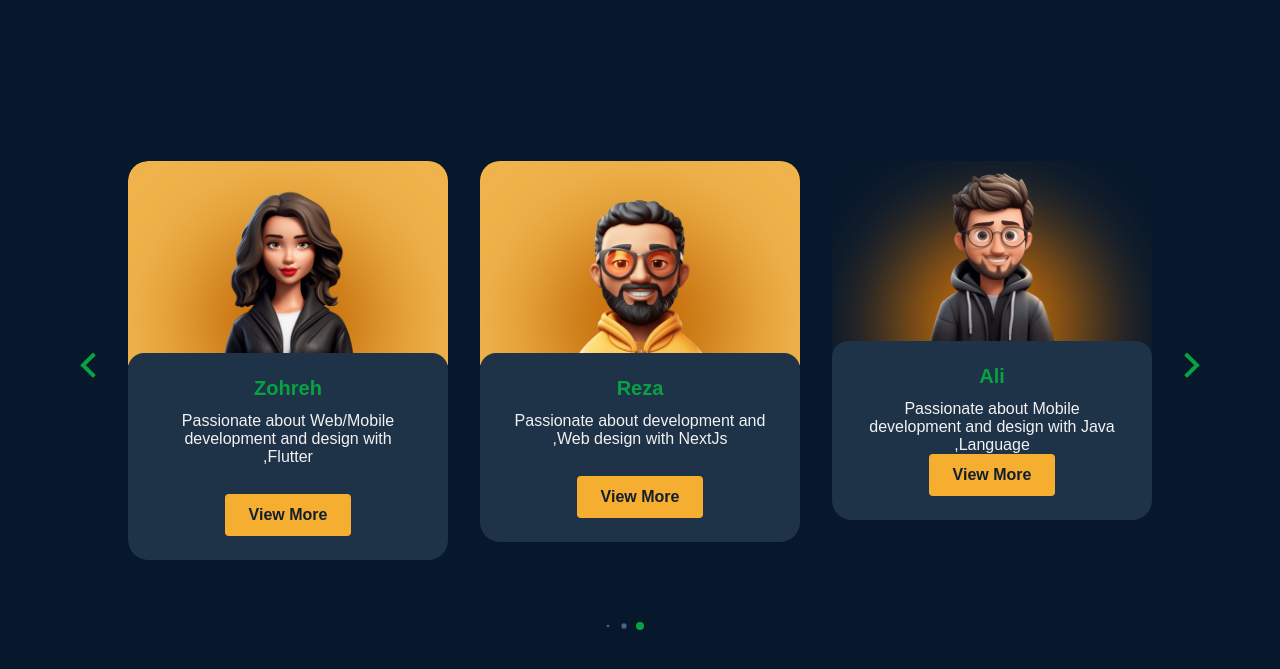
Repository: soroush-g/Card-Slider
Page: index.html
The author's editor kept a copy of each file at every save. The page is drawn from the files as they stood at one save, then again after the next save.
The browser window is 1280 px wide. The pictures show the whole page.
Some web fonts or font styles are not loaded; a fallback is used.

Above is the page before, as saved 2024-07-22 11:26:12.

### index.html
<!DOCTYPE html>
<html dir="rtl" lang="fa">
<head>
    <meta charset="UTF-8">
    <meta name="viewport" content="width=device-width, initial-scale=1.0">

        <!--=============== REMIXICONS ===============-->
        <link rel="stylesheet" href="https://cdnjs.cloudflare.com/ajax/libs/remixicon/3.5.0/remixicon.css" crossorigin="">

        <!--=============== SWIPER CSS ===============-->
        <link rel="stylesheet" href="assets/css/swiper-bundle.min.css">

        <!--=============== CSS ===============-->
        <link rel="stylesheet" href="assets/css/styles.css">
    <title>Card Slider</title>
</head>
<body>
    <section class="container">
        <div class="card__container swiper">
            <div class="card__content">
                <div class="swiper-wrapper">

                    <article class="card__article swiper-slide">
                        <div class="card_image">
                          <img src="assets/img/avatar-1.png" alt="image" class="card__img">
                          <div class="card__shadow"></div>
                        </div>

                        <div class="card__data">
                            <h3 class="card__name">Ali</h3>
                            <p class="card_description">
                                Passionate about Mobile development and design with Java Language,
                            </p>

                            <a href="#" class="card__button">View More</a>
                        </div>
                    </article>

                    <article class="card__article swiper-slide">
                        <div class="card__image">
                            <img src="assets/img/avatar-2.png" alt="image" class="card__img">
                            <div class="card__shadow"></div>
                        </div>
                        <div class="card__data">
                            <h3 class="card__name">Reza</h3>
                            <p class="card__description">
                               Passionate about development and Web design with NextJs,
                            </p>

                            <a href="#" class="card__button">View More</a>
                         </div>
                    </article>

                    <article class="card__article swiper-slide">
                        <div class="card__image">
                            <img src="assets/img/avatar-3.png" alt="image" class="card__img">
                            <div class="card__shadow"></div>
                        </div>
                        <div class="card__data">
                            <h3 class="card__name">Zohreh</h3>
                            <p class="card__description">
                               Passionate about  Web/Mobile development and design with Flutter,
                            </p>

                            <a href="#" class="card__button">View More</a>
                         </div>
                    </article>

                    <article class="card__article swiper-slide">
                        <div class="card__image">
                            <img src="assets/img/avatar-4.png" alt="image" class="card__img">
                            <div class="card__shadow"></div>
                        </div>
                        <div class="card__data">
                            <h3 class="card__name">Nastaran</h3>
                            <p class="card__description">
                               Passionate about Python Developer,
                            </p>

                            <a href="#" class="card__button">View More</a>
                         </div>
                    </article>

                    <article class="card__article swiper-slide">
                        <div class="card__image">
                            <img src="assets/img/avatar-5.png" alt="image" class="card__img">
                            <div class="card__shadow"></div>
                        </div>
                        <div class="card__data">
                            <h3 class="card__name">Mina</h3>
                            <p class="card__description">
                               Passionate about Scrum Master,
                            </p>

                            <a href="#" class="card__button">View More</a>
                         </div>
                    </article>
                </div>
            </div>

            <!-- Navigation buttons -->
             <div class="swiper-button-next">
                <i class="ri-arrow-right-s-line"></i>
             </div>

             <div class="swiper-button-prev">
                <i class="ri-arrow-left-s-line"></i>
             </div>

            <!-- Pagination -->
            <div class="swiper-pagination"></div>
        </div>
    </section>


      <!--=============== SWIPER JS ===============-->
      <script src="assets/js/swiper-bundle.min.js"></script>

      <!--=============== MAIN JS ===============-->
      <script src="assets/js/main.js"></script>
</body>
</html>

### assets/css/styles.css
/*=============== GOOGLE FONTS ===============*/
@import url("https://fonts.googleapis.com/css2?family=Bai+Jamjuree:wght@400;500;600&display=swap");

/*=============== VARIABLES CSS ===============*/
:root {
  /*========== Colors ==========*/
  /*Color mode HSL(hue, saturation, lightness)*/
  --first-color: hsl(38, 92%, 58%);
  --first-color-light: hsl(38, 85%, 62%);
  --first-color-alt: hsl(32, 91%, 40%);
  --second-color: hsl(143, 92%, 33%);
  --dark-color: hsl(212, 40%, 12%);
  --white-color: hsl(212, 4%, 95%);
  --body-color: hsl(212, 73%, 10%);
  --container-color: hsl(212, 42%, 20%);

  /*========== Font and typography ==========*/
  /*.5rem = 8px | 1rem = 16px ...*/
  --body-font: "Bai Jamjuree", sans-serif;
  --h2-font-size: 1.25rem;
  --normal-font-size: 1rem;
}

/*=============== BASE ===============*/
* {
  box-sizing: border-box;
  padding: 0;
  margin: 0;
}

body {
  font-family: var(--body-font);
  font-size: var(--normal-font-size);
  background-color: var(--body-color);
  color: var(--white-color);
}

a {
  text-decoration: none;
}

img {
  display: block;
  max-width: 100%;
  height: auto;
}

/*=============== CARD ===============*/
.container {
  display: flex;
  justify-content: center;
  align-items: center;
  height: 100vh;
}

.card__container {
  padding-block: 5rem;
}

.card__content {
  margin-inline: 1.75rem;
  border-radius: 1.25rem;
  overflow: hidden;
}

.card__article {
  width: 300px; /* Remove after adding swiper js */
  border-radius: 1.25rem;
  overflow: hidden;
}

.card__image {
  position: relative;
  background-color: var(--first-color-light);
  padding-top: 1.5rem;
  margin-bottom: -.75rem;
}

.card__data {
  background-color: var(--container-color);
  padding: 1.5rem 2rem;
  border-radius: 1rem;
  text-align: center;
  position: relative;
  z-index: 10;
}

.card__img {
  width: 180px;
  margin: 0 auto;
  position: relative;
  z-index: 5;
}

.card__shadow {
  width: 200px;
  height: 200px;
  background-color: var(--first-color-alt);
  border-radius: 50%;
  position: absolute;
  top: 3.75rem;
  left: 0;
  right: 0;
  margin-inline: auto;
  filter: blur(45px);
}

.card__name {
  font-size: var(--h2-font-size);
  color: var(--second-color);
  margin-bottom: .75rem;
}

.card__description {
  font-weight: 500;
  margin-bottom: 1.75rem;
}

.card__button {
  display: inline-block;
  background-color: var(--first-color);
  padding: .75rem 1.5rem;
  border-radius: .25rem;
  color: var(--dark-color);
  font-weight: 600;
}

/* Swiper class */
.swiper-button-prev:after,
.swiper-button-next:after {
  content: "";
}

.swiper-button-prev,
.swiper-button-next {
  width: initial;
  height: initial;
  font-size: 3rem;
  color: var(--second-color);
  display: none;
}

.swiper-button-prev {
  left: 0;
}

.swiper-button-next {
  right: 0;
}

.swiper-pagination-bullet {
  background-color: hsl(212, 32%, 40%);
  opacity: 1;
}

.swiper-pagination-bullet-active {
  background-color: var(--second-color);
}

/*=============== BREAKPOINTS ===============*/
/* For small devices */
@media screen and (max-width: 320px) {
  .card__data {
    padding: 1rem;
  }
}

/* For medium devices */
@media screen and (min-width: 768px) {
  .card__content {
    margin-inline: 3rem;
  }

  .swiper-button-next,
  .swiper-button-prev {
    display: block;
  }
}

/* For large devices */
@media screen and (min-width: 1120px) {
  .card__container {
    max-width: 1120px;
  }

  .swiper-button-prev {
    left: -1rem;
  }
  .swiper-button-next {
    right: -1rem;
  }
}

Loaded but not shown: assets/css/swiper-bundle.min.css (library); assets/js/swiper-bundle.min.js (library); assets/js/main.js (common file)

After the next save:
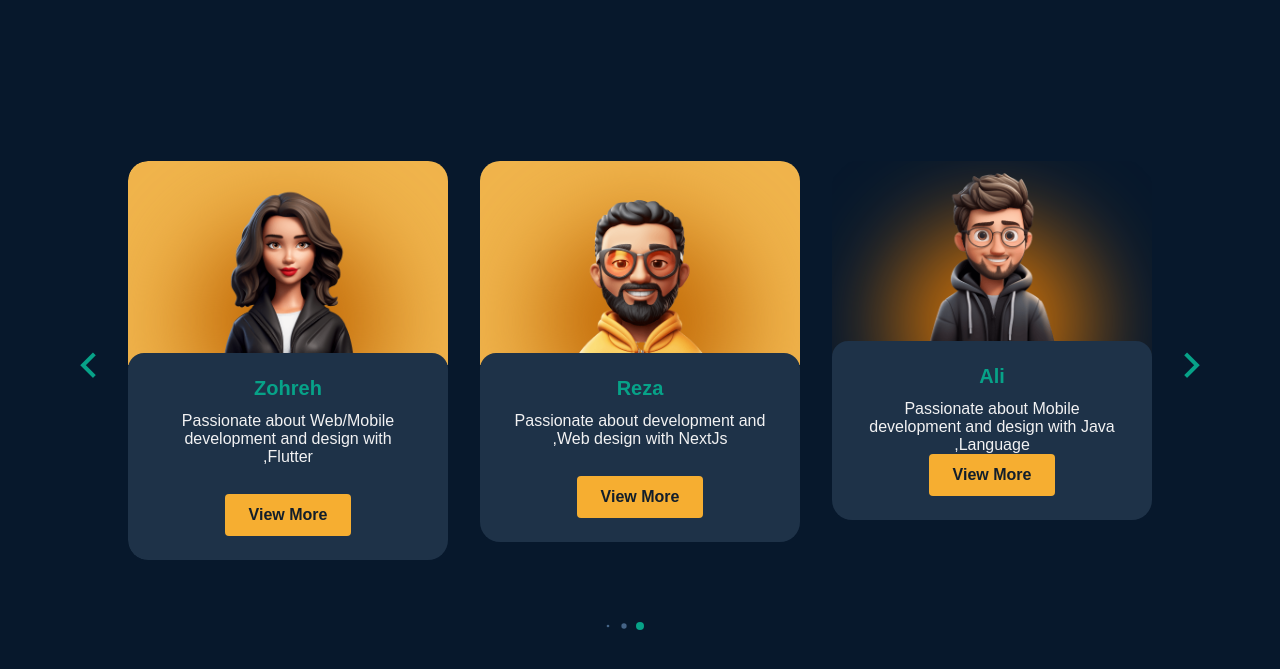
Saved 23 s later.
--- a/assets/css/styles.css
+++ b/assets/css/styles.css
@@ -8,7 +8,7 @@
   --first-color: hsl(38, 92%, 58%);
   --first-color-light: hsl(38, 85%, 62%);
   --first-color-alt: hsl(32, 91%, 40%);
-  --second-color: hsl(143, 92%, 33%);
+  --second-color: hsl(170, 92%, 33%);
   --dark-color: hsl(212, 40%, 12%);
   --white-color: hsl(212, 4%, 95%);
   --body-color: hsl(212, 73%, 10%);
